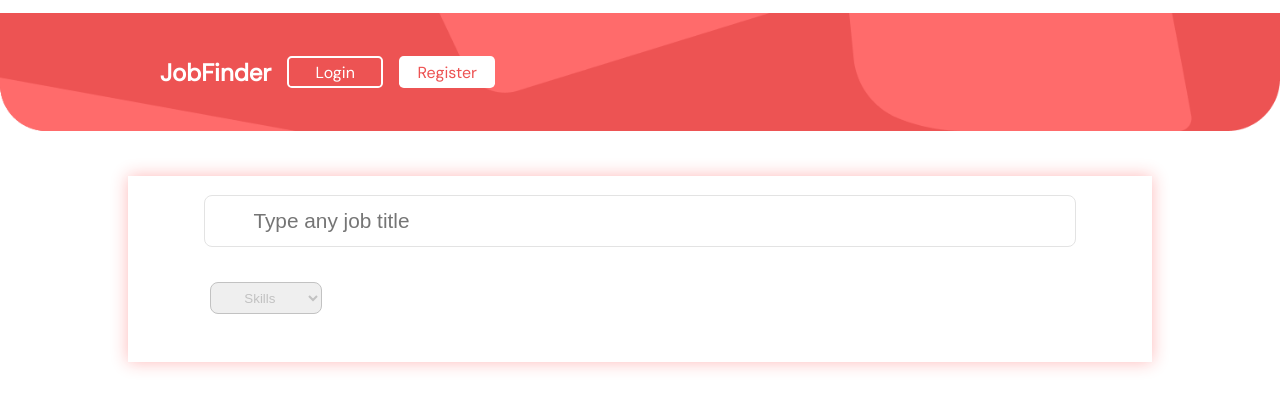
Repository: drumsmanku/node-capstone-project-1
Page: / (app in client/)
An editor plug-in stored every save of this project. The page is shown before and after the next save, followed by the edit.
The browser window is 1280 px wide. The pictures show the whole page.
The page's requests for data from a server got no answer. The project was rebuilt for these pictures with package versions that can differ from the ones it lists, and the page was loaded fresh each time. No one was signed in, and anything a server would have sent is missing. Also part of the build but not shown: client/src/components/Register.js, client/src/components/Login.js, client/src/components/AddJob.js, client/src/components/Success.js, client/src/components/EditJob.js, client/src/components/JobDetails.css, client/src/components/JobDetails.js, client/src/components/FailedLogin.js and 1 more.

Above is the page before, as saved 2023-07-23 18:53:21.

After the next save:
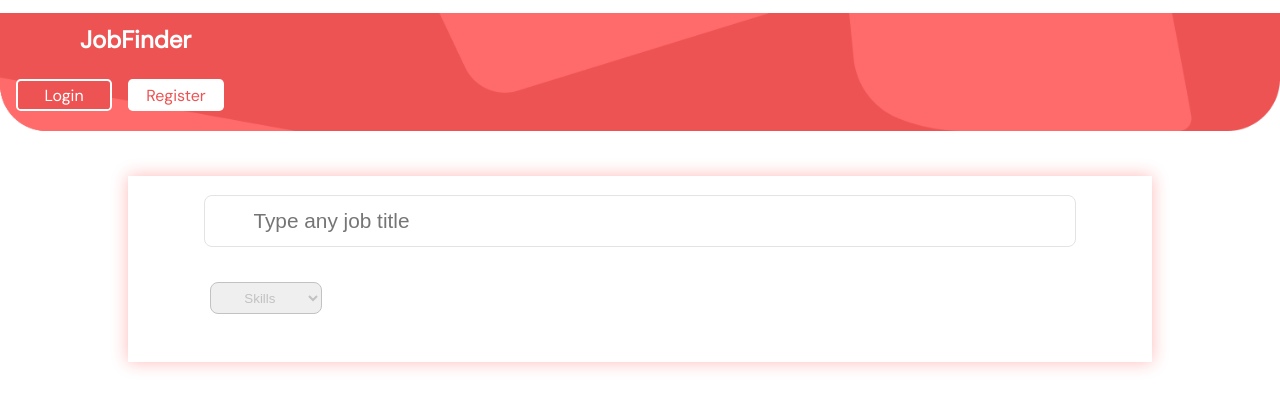
Saved 2 s later.
--- a/client/src/components/JobMainPage.js
+++ b/client/src/components/JobMainPage.js
@@ -87,9 +87,9 @@ function JobMainPage() {
     <div style={{...styles.container, fontFamily:'DM Sans'}} className='main-page-container'>
       <div className='main-upper-container' style={{backgroundImage:`url(${back})`, }}>
 
-        <div className='header'>
+        <div>
         <h3 style={{marginLeft:'5rem', color:'white', fontSize:'1.5rem'}}>JobFinder</h3>
-        <div className='header-right' style={{display:'flex', marginRight:'5rem'}}>
+        <div style={{display:'flex', marginRight:'5rem'}}>
             {isLoggedIn ? (
               <>
                 <button style={{background:'none', fontSize:'large', border:'none', fontFamily:'DM Sans', color:'white'}} onClick={handleLogout}>Logout</button>
